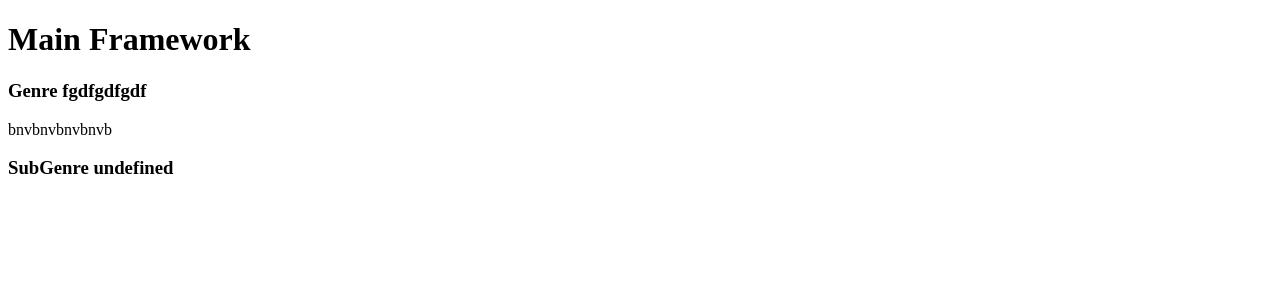
Repository: GregorPiev/angularjs-add-book
Page: index.html
These files come from the project's save history. The page is drawn as it stood at one moment and after the next save; the edit follows.
The browser window is 1280 px wide. The pictures show the whole page.

Above is the page before, as saved 2020-09-23 16:13:56.

After the next save:
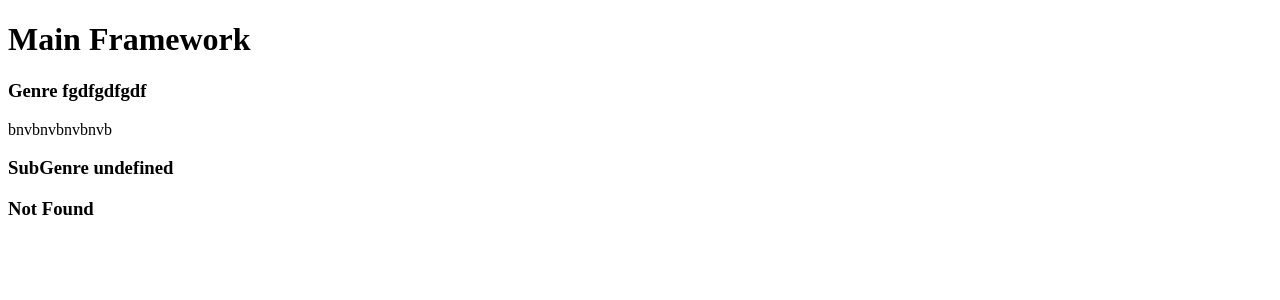
Saved 33 s later.
--- a/index.html
+++ b/index.html
@@ -13,7 +13,7 @@
 		<subgenre></subgenre>
 		<add-subgenre></add-subgenre>
 		<add-book></add-book>
-		<!-- <div ng-view></div> -->
+		<div ng-view></div>
 		<script src="node_modules/angular/angular.min.js"></script>
 		<script src="node_modules/angular-route/angular-route.min.js"></script>
 		<script src="node_modules/angular-resource/angular-resource.min.js"></script>

After the save that followed:
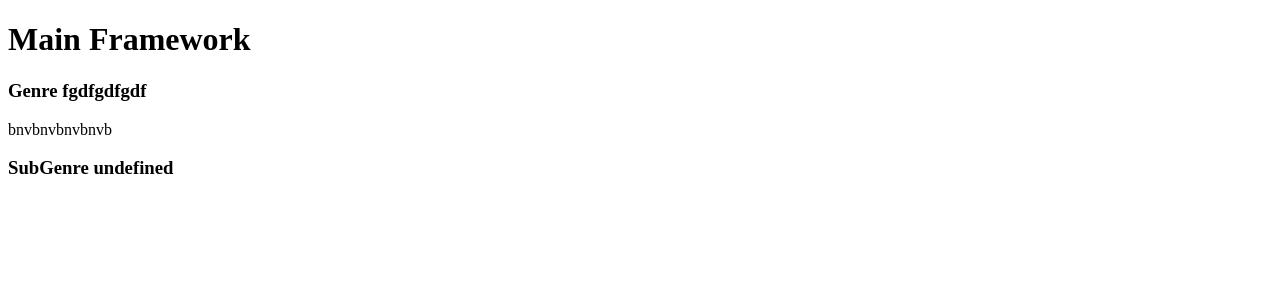
Saved 15 s later.
--- a/index.html
+++ b/index.html
@@ -8,12 +8,14 @@
 		<link href="node_modules/bootstrap/dist/css/bootstrap.min.css" />
 	</head>
 	<body>
-		<main></main>
+		<main>
+			<div ng-view></div>
+		</main>
 		<genre></genre>
 		<subgenre></subgenre>
 		<add-subgenre></add-subgenre>
 		<add-book></add-book>
-		<div ng-view></div>
+
 		<script src="node_modules/angular/angular.min.js"></script>
 		<script src="node_modules/angular-route/angular-route.min.js"></script>
 		<script src="node_modules/angular-resource/angular-resource.min.js"></script>
